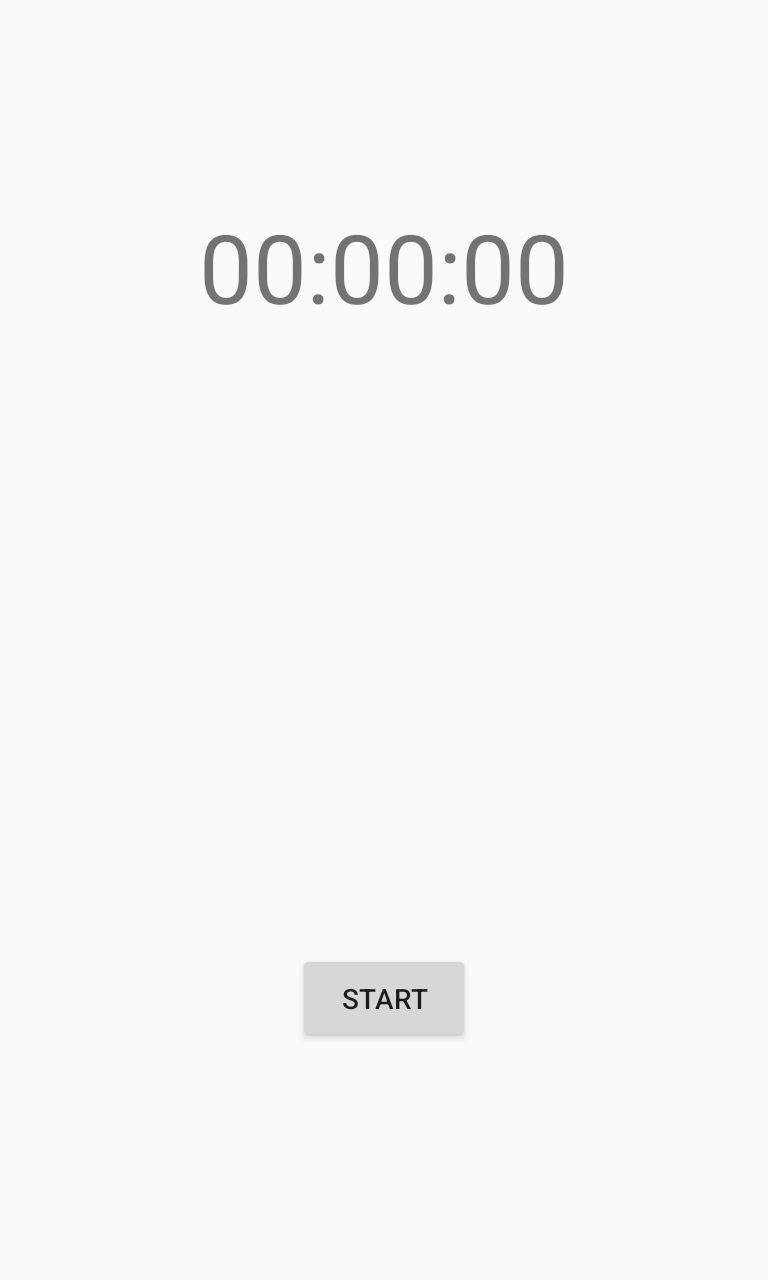
Repository: axxdeveloper/Brightest
Layout: StudyKeeper/res/layout/fragment_start_study.xml
An editor plug-in stored every save of this project. The layout is shown before and after the next save, followed by the edit.
It is drawn on a 768 x 1280 px phone screen (xhdpi) without system bars, with theme AppTheme; the app's code is not run.

Above is the layout before, as saved 2014-04-23 00:21:05.

After the next save:
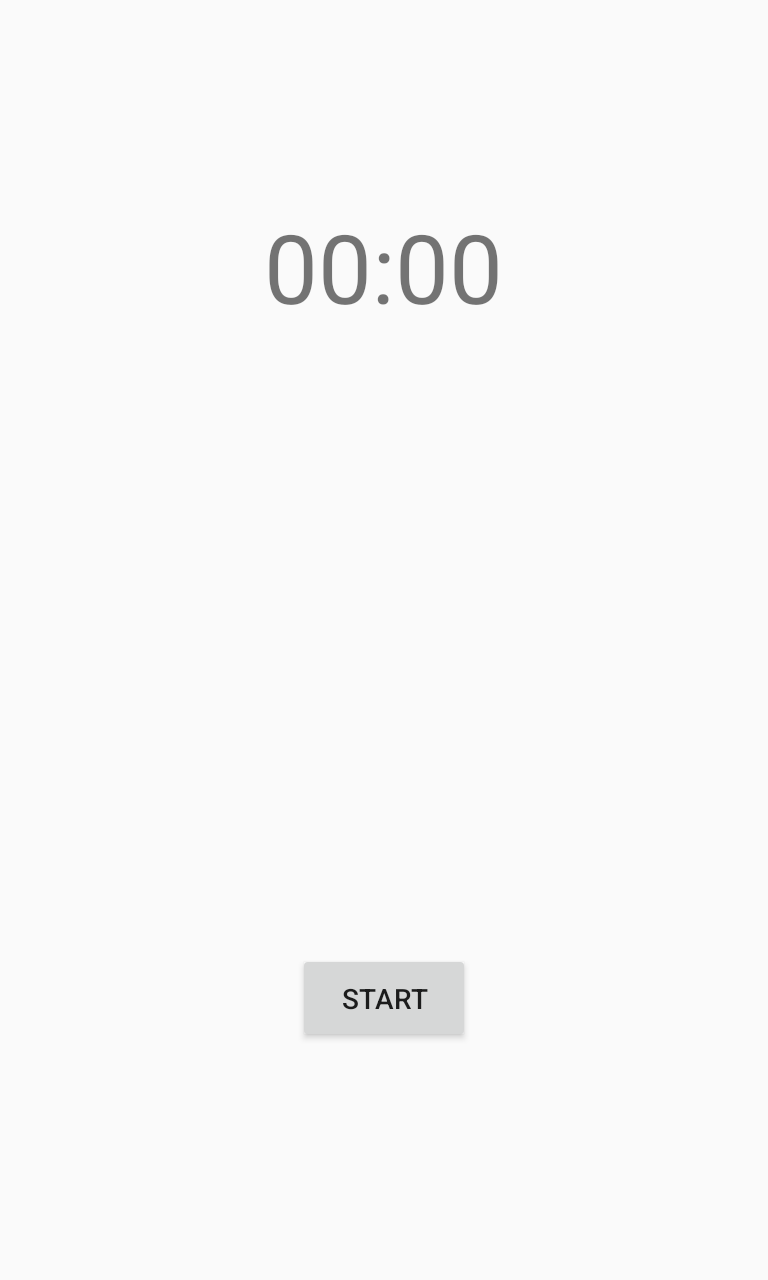
Saved 23 h 9 min later.
--- a/StudyKeeper/res/values/strings.xml
+++ b/StudyKeeper/res/values/strings.xml
@@ -2,7 +2,7 @@
 <resources>
 
     <string name="app_name">StudyKeeper</string>
-    <string name="init_time">00:00:00</string>
+    <string name="init_time">00:00</string>
     <string name="action_settings">Settings</string>
     <string name="action_study_management">Study Management</string>
     <string name="action_start">Start</string>
